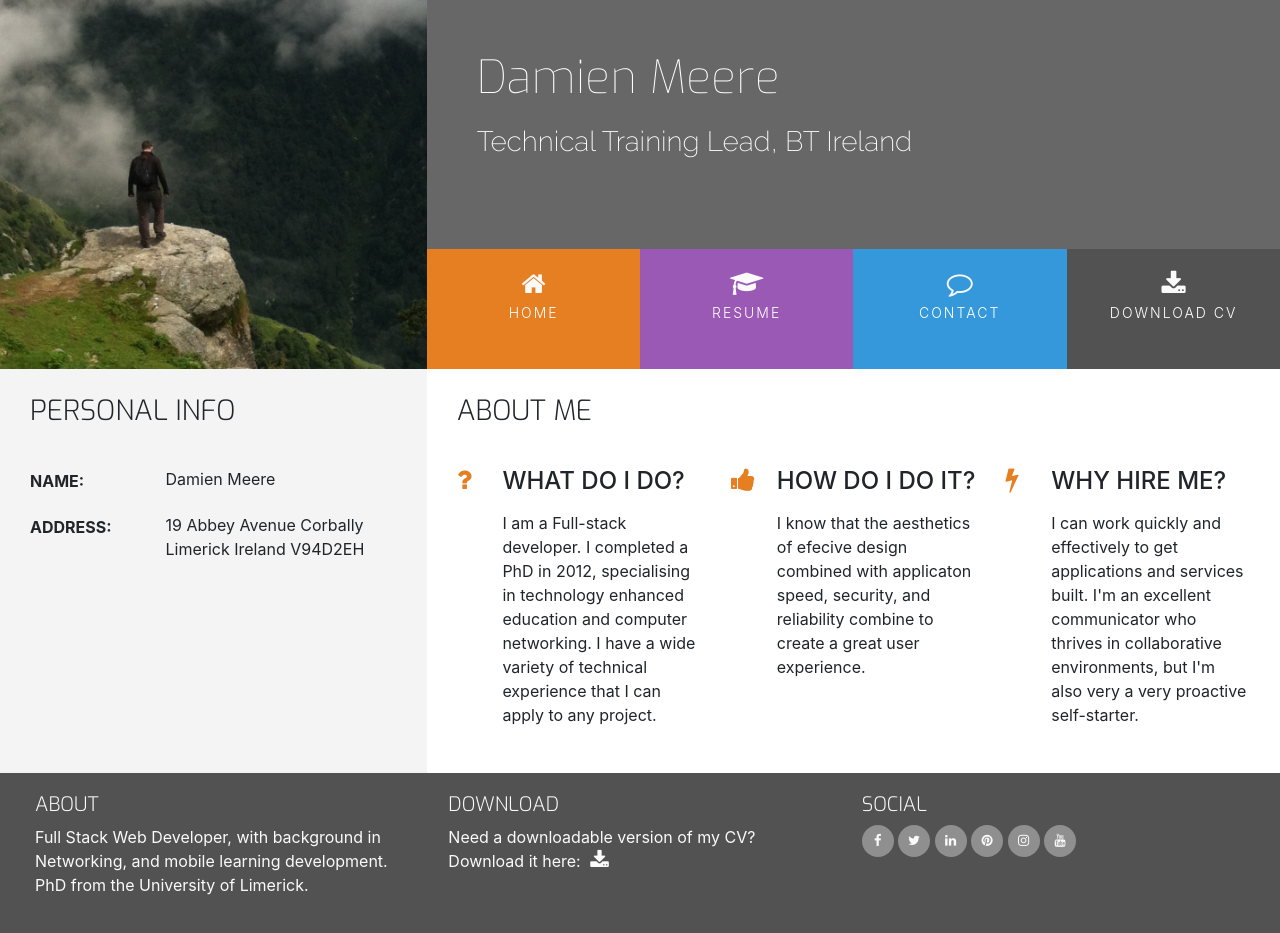
Repository: damien-meere/cv_site_project
Page: index.html
The author's editor kept a record of every edit. The page is drawn from the files as they stood at one moment, then again after the next edit.
The browser window is 1280 px wide. The pictures show the whole page.

Above is the page before.

After the next edit:
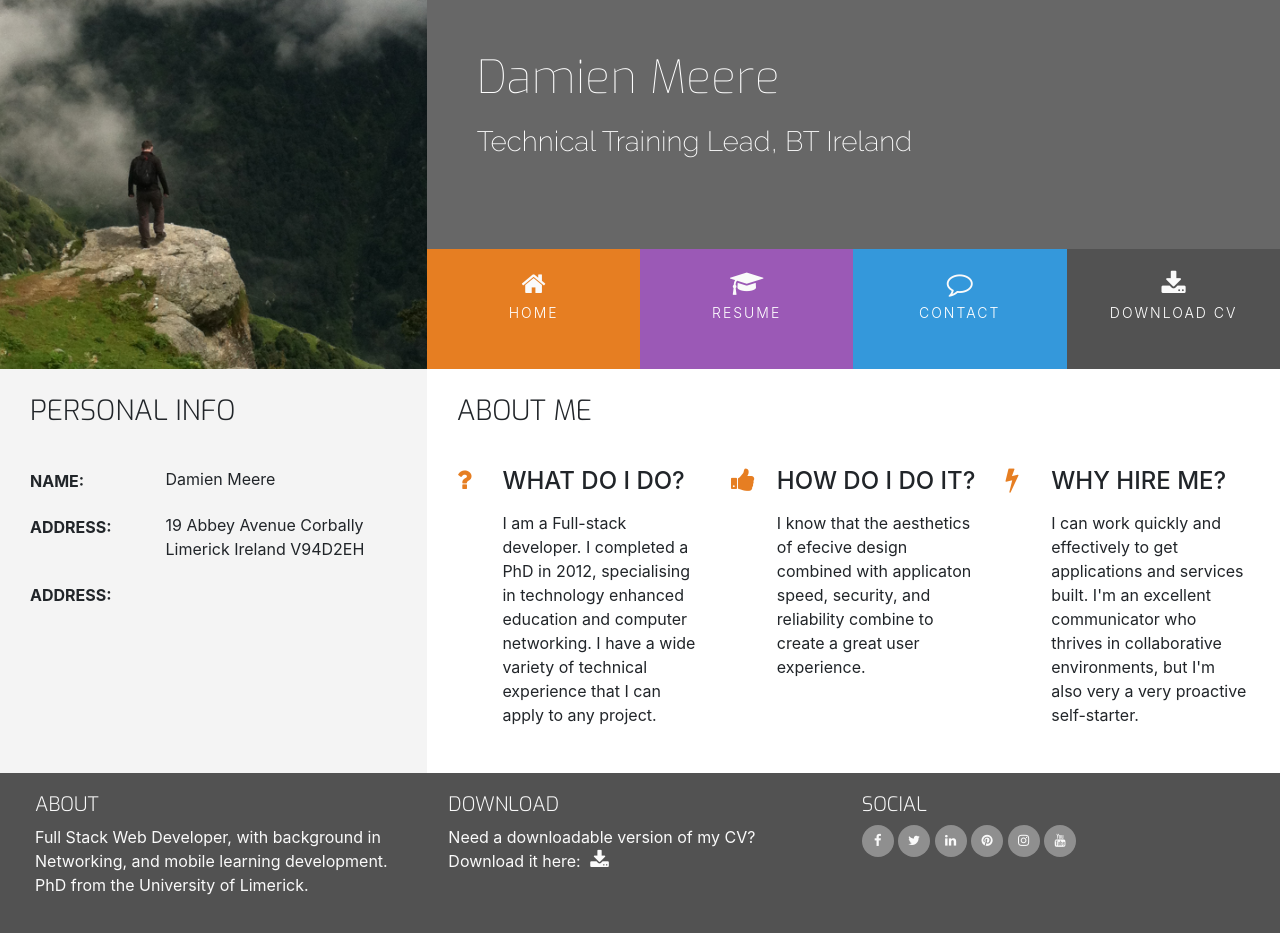
The edit:
--- a/index.html
+++ b/index.html
@@ -84,6 +84,18 @@
                         </p>
                     </div>
                 </div>
+                                <div class="personal-info-item">
+                    <div class="key">
+                        <p class="uppercase">
+                            Address:
+                        </p>
+                    </div>
+                    <div class="value">
+                        <p>
+
+                        </p>
+                    </div>
+                </div>
             </div>
 
 
